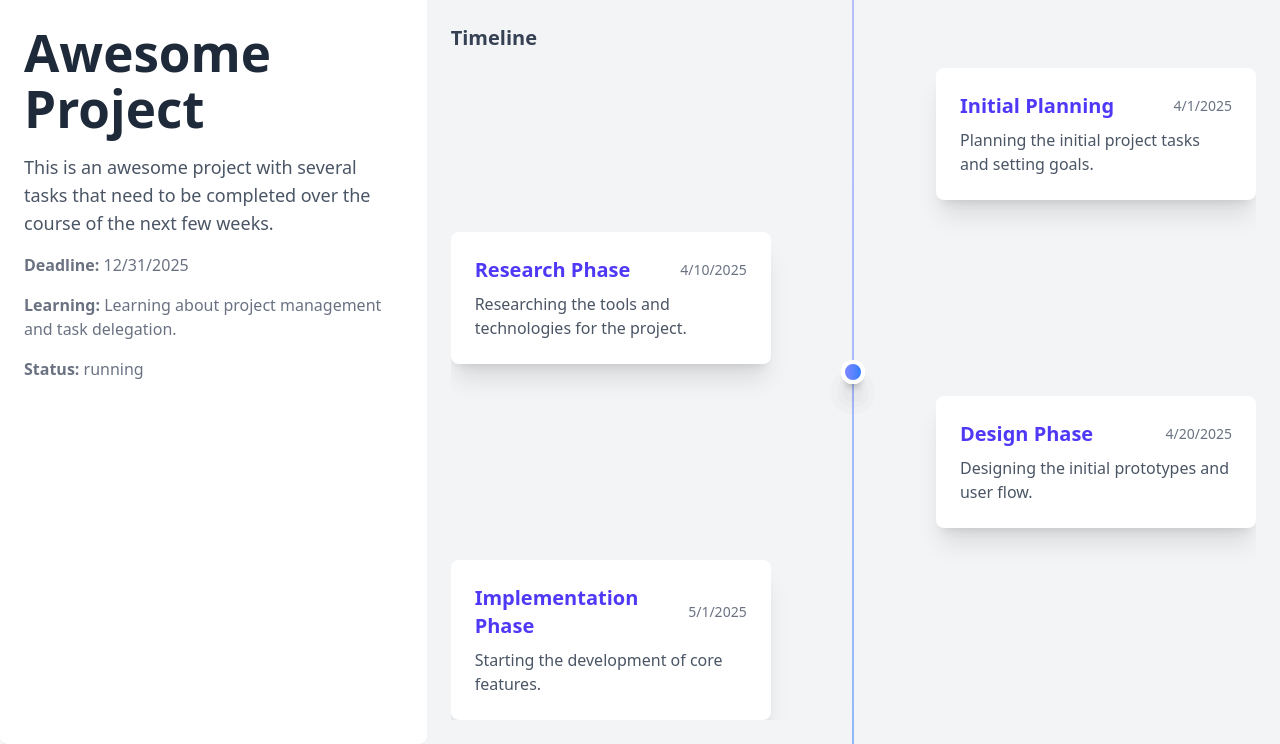
Repository: mohitagrawal0412/Workify
Page: /projectDetails (app in client/)
The author's editor kept a copy of each file at every save. The page is drawn from the files as they stood at one save, then again after the next save.
The browser window is 1280 px wide. The pictures show the whole page.
An inner scrolling area shows only its first screen. The project was rebuilt for these pictures with package versions that can differ from the ones it lists, and the page was loaded fresh each time. Also part of the build but not shown: client/vite.config.js, client/src/Components/Dashboard/Dashboard.jsx, client/src/Components/Dashboard/AllProjects.jsx, client/src/Components/Dashboard/EntryDetails.jsx.

Above is the page before, as saved 2025-04-15 10:23:26.

After the next save:
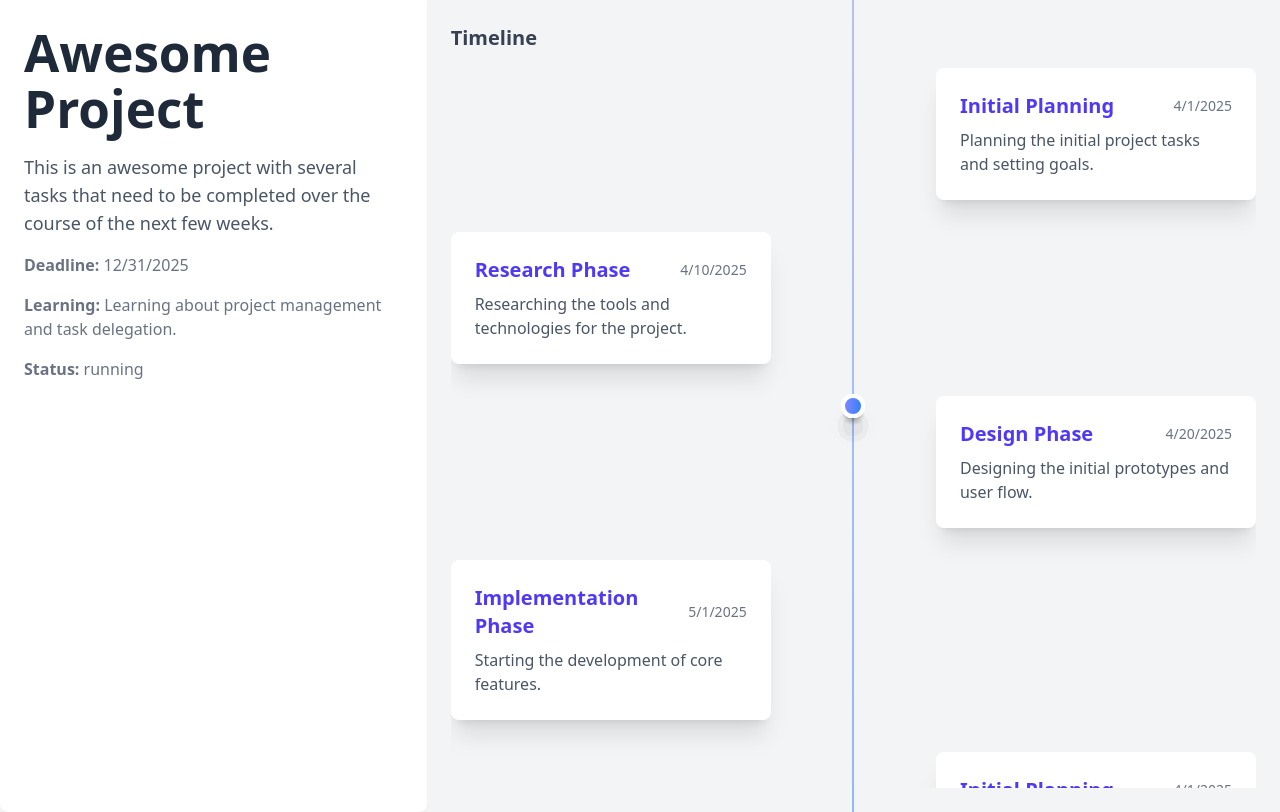
Saved 14 s later.
--- a/client/src/Components/Dashboard/ProjectDetails.jsx
+++ b/client/src/Components/Dashboard/ProjectDetails.jsx
@@ -17,6 +17,30 @@ const ProjectDetails = () => {
         learning: "Learning about project management and task delegation.",
         status: "running",
         entries: [
+            {
+                _id: "entry1",
+                title: "Initial Planning",
+                description: "Planning the initial project tasks and setting goals.",
+                date: "2025-04-01",
+            },
+            {
+                _id: "entry2",
+                title: "Research Phase",
+                description: "Researching the tools and technologies for the project.",
+                date: "2025-04-10",
+            },
+            {
+                _id: "entry3",
+                title: "Design Phase",
+                description: "Designing the initial prototypes and user flow.",
+                date: "2025-04-20",
+            },
+            {
+                _id: "entry4",
+                title: "Implementation Phase",
+                description: "Starting the development of core features.",
+                date: "2025-05-01",
+            },
             {
                 _id: "entry1",
                 title: "Initial Planning",
